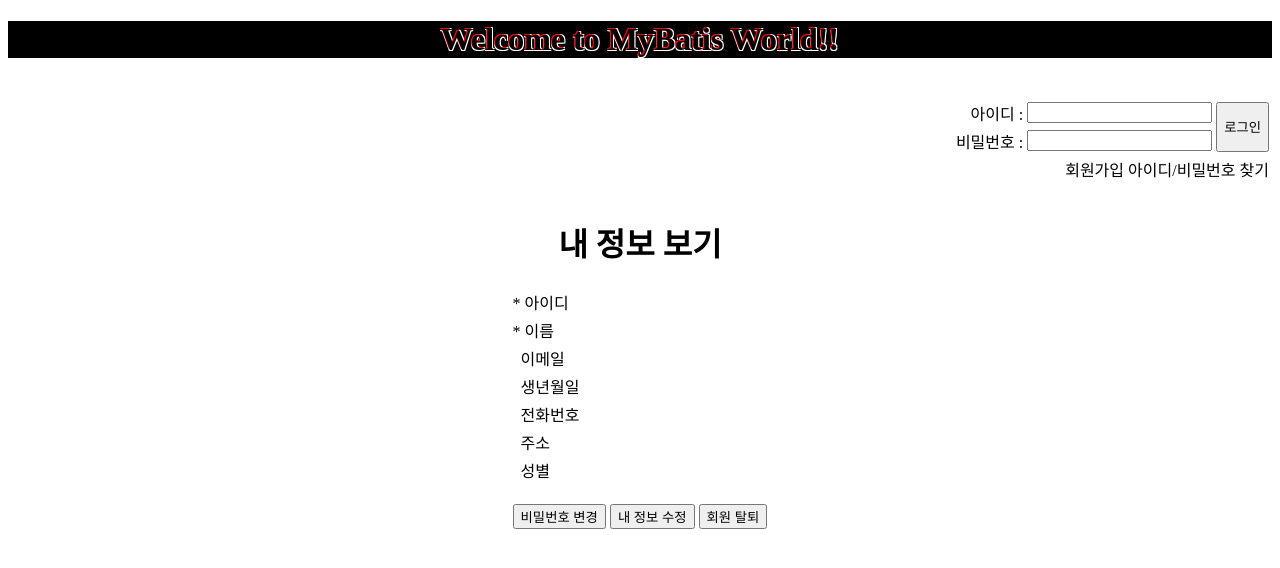
Repository: SoulJ-K/myBatis
Page: http://localhost/1_MyBatis/views/member/memberInfo.jsp
These files come from the project's save history. The page is drawn as it stood at one moment and after the next save; the edit follows.
The browser window is 1280 px wide. The pictures show the whole page.
The page is served by Tomcat 9.

Above is the page before, as saved 2020-05-06 16:07:50.

After the next save:
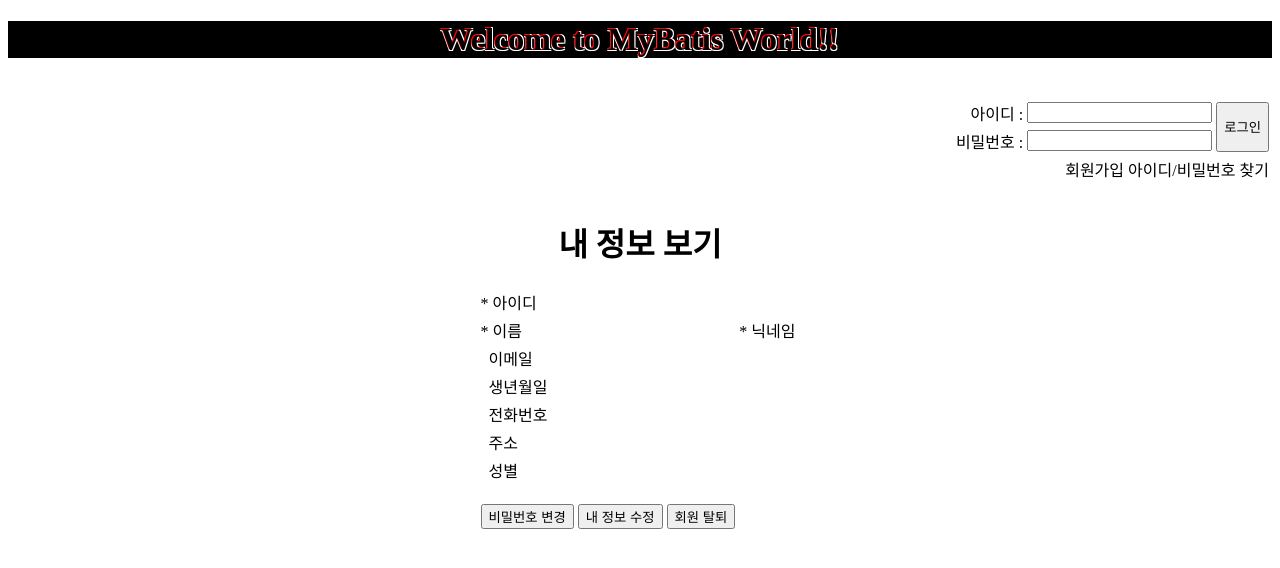
Saved 36 s later.
--- a/1_MyBatis/WebContent/views/member/memberInfo.jsp
+++ b/1_MyBatis/WebContent/views/member/memberInfo.jsp
@@ -31,6 +31,11 @@
 				<td>
 					<input type="hidden" name="userName" value="${ member.userName }" class="st">
 					${ member.userName}
+				</td>
+				<td>* 닉네임</td>
+				<td>
+					<input type="hidden" name="nickName" value="${ member.nickName }" class="st">
+					${ member.nickName}
 				</td>
 			</tr>
 			<tr>
